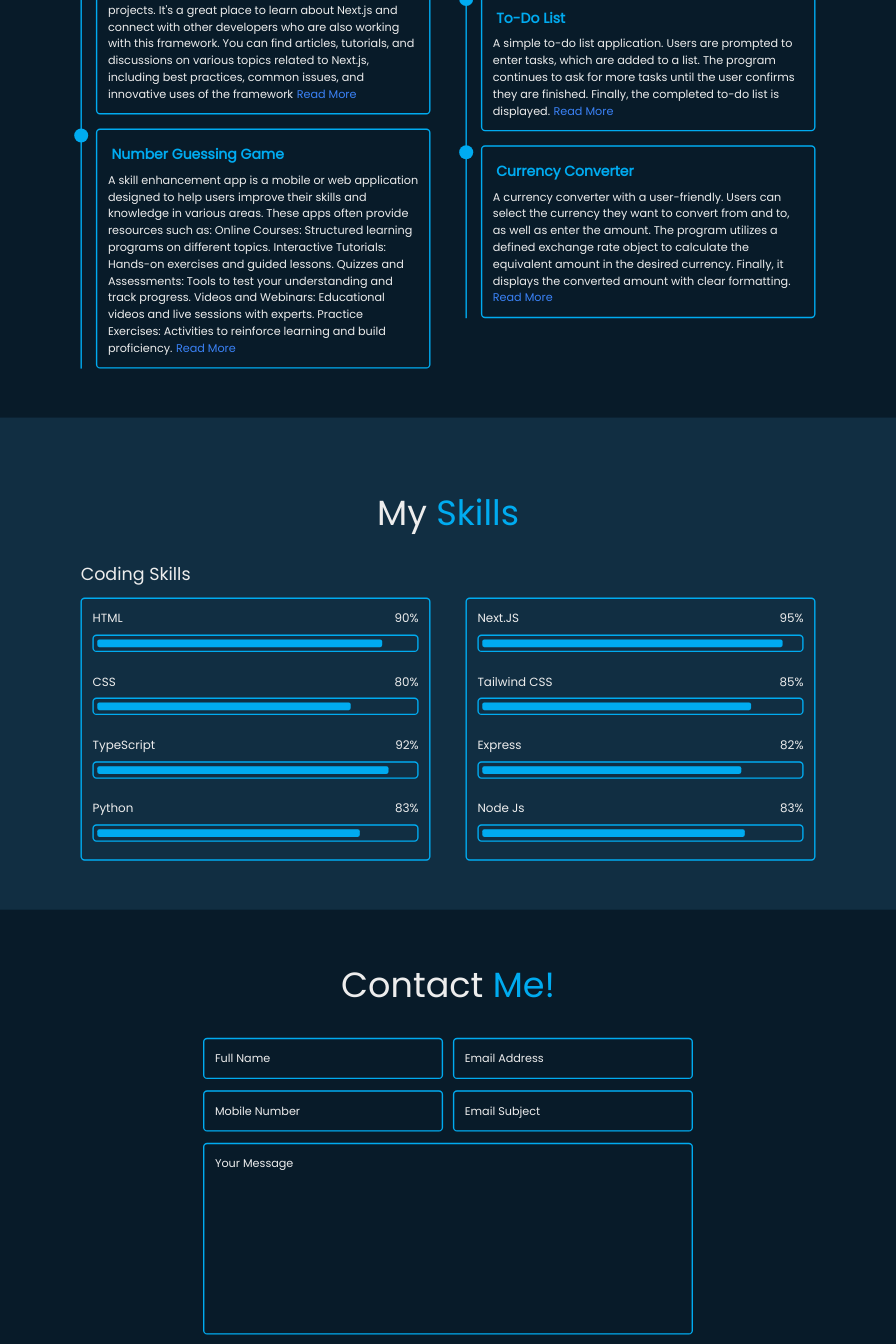
Repository: asadullah48/nextjs_projects_portfolio
Page: /
An editor plug-in stored every save of this project. The page is shown before and after a run of saves, followed by the edit.
The browser window is 1280 px wide. The pictures show the part of the page from y = 2141 to 4061 px (the page is 4330 px tall before and 4306 px after), at 70% of full size.
The project was rebuilt for these pictures with package versions that can differ from the ones it lists, and the page was loaded fresh each time. The framework's server and built-in components were replaced by stand-ins that run in the browser. Also part of the build but not shown: next.config.ts.

Above is the page before, as saved 2024-11-13 14:45:52.

After the next 2 saves:
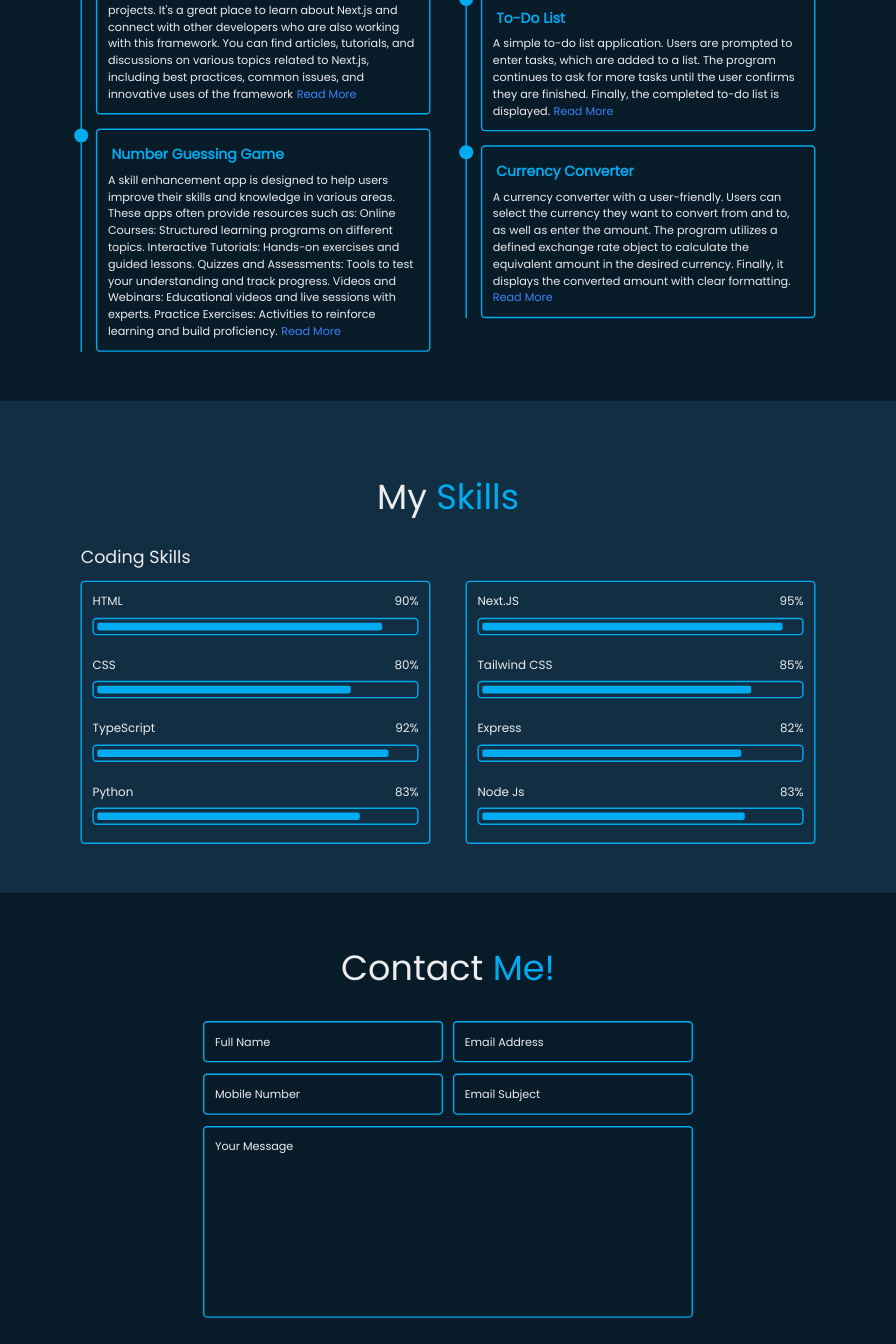
The 2 saves are shown as one change because they came seconds apart.
The last was saved 25 s later.
--- a/src/app/page.tsx
+++ b/src/app/page.tsx
@@ -279,7 +279,7 @@ active:text-[var(--main-color)]"
                   <div className="year">
                     <h3>Number Guessing Game</h3>
                   </div>
-                  <p> A skill enhancement app is a mobile or web application designed to help users improve their skills and knowledge in various areas. These apps often provide resources such as:
+                  <p> A skill enhancement app is designed to help users improve their skills and knowledge in various areas. These apps often provide resources such as:
 
 Online Courses: Structured learning programs on different topics.
 
